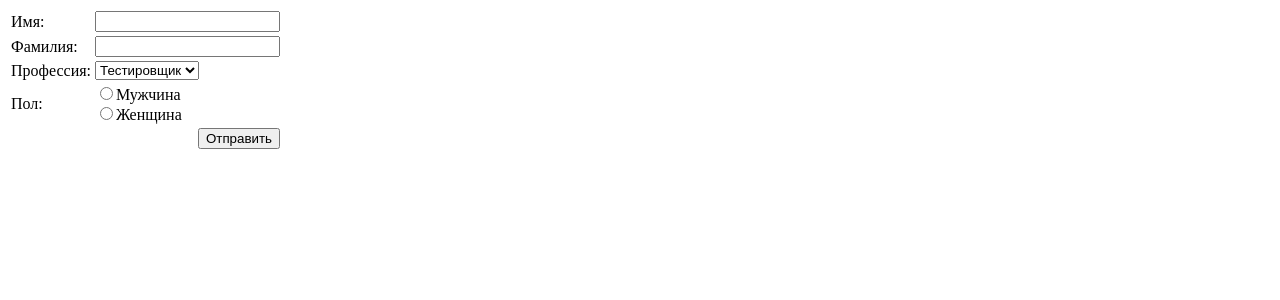
Repository: Marat1988/ExampleProgrammingLanguage
Page: Java/JavaEE/WebApp/src/main/webapp/NewFile.html
An editor plug-in stored every save of this project. The page is shown before and after the next save, followed by the edit.
The browser window is 1280 px wide. The pictures show the whole page.

Above is the page before, as saved 2023-08-16 11:53:36.

### Java/JavaEE/WebApp/src/main/webapp/NewFile.html
<!DOCTYPE html>
<html>
<head>
<meta charset="UTF-8">
<title>Form params in JSP</title>
</head>
<body>
	<form method="GET" action="MyServlet">
		<table>
			<tr>
				<td>Имя:</td>
				<td><input type="text" name="firstName"></td>
			</tr>
			<tr>
				<td>Фамилия:</td>
				<td><input type="text" name="secondName"></td>
			</tr>
			<tr>
				<td>Профессия:</td>
				<td>
					<select name="job">
						<option value="Developer">Разработчик</option>
						<option selected value="Tester">Тестировщик</option>
						<option value="Analyst">Аналитик</option>
					</select>

				</td>
			</tr>
			<tr>
				<td>Пол:</td>
				<td>
					<input type="radio" name="gender" value="М">Мужчина</input><br>
					<input type="radio" name="gender" value="Ж">Женщина</input>
				</td>
			</tr>
			<tr>
				<td align="right" colspan="2"><input type="submit" value="Отправить"></td>
			</tr>
		</table>
	</form>
</body>
</html>

After the next save:
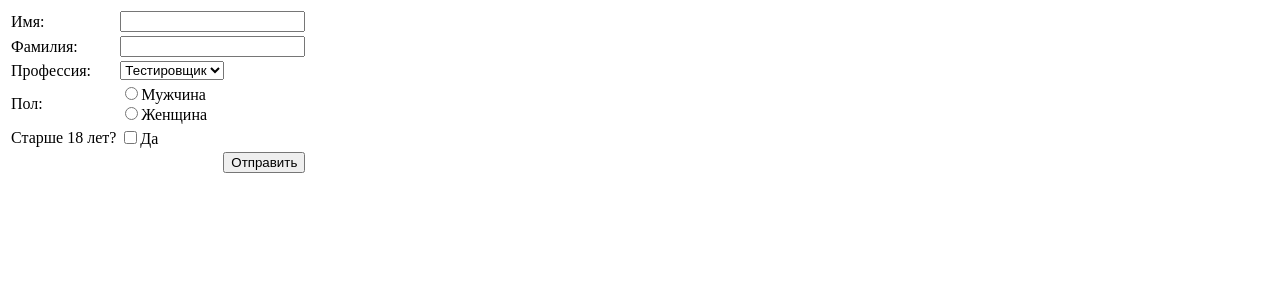
Saved 94 s later.
--- a/Java/JavaEE/WebApp/src/main/webapp/NewFile.html
+++ b/Java/JavaEE/WebApp/src/main/webapp/NewFile.html
@@ -34,6 +34,12 @@
 				</td>
 			</tr>
 			<tr>
+				<td>Старше 18 лет?</td>
+				<td>
+					<input type="checkbox" name="age18" value="Да">Да</input><br>
+				</td>
+			</tr>
+			<tr>
 				<td align="right" colspan="2"><input type="submit" value="Отправить"></td>
 			</tr>
 		</table>
